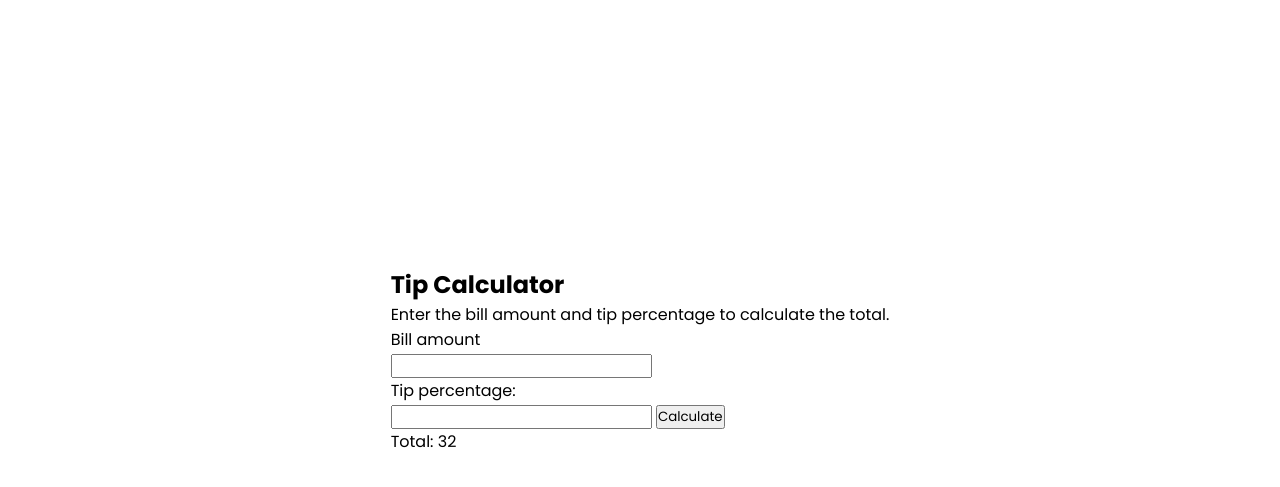
Repository: Ankitkr2021/Tip-Calculator
Page: index.html
The author's editor kept a copy of each file at every save. The page is drawn from the files as they stood at one save, then again after the next save.
The browser window is 1280 px wide. The pictures show the whole page.

Above is the page before, as saved 2025-10-27 10:49:28.

After the next save:
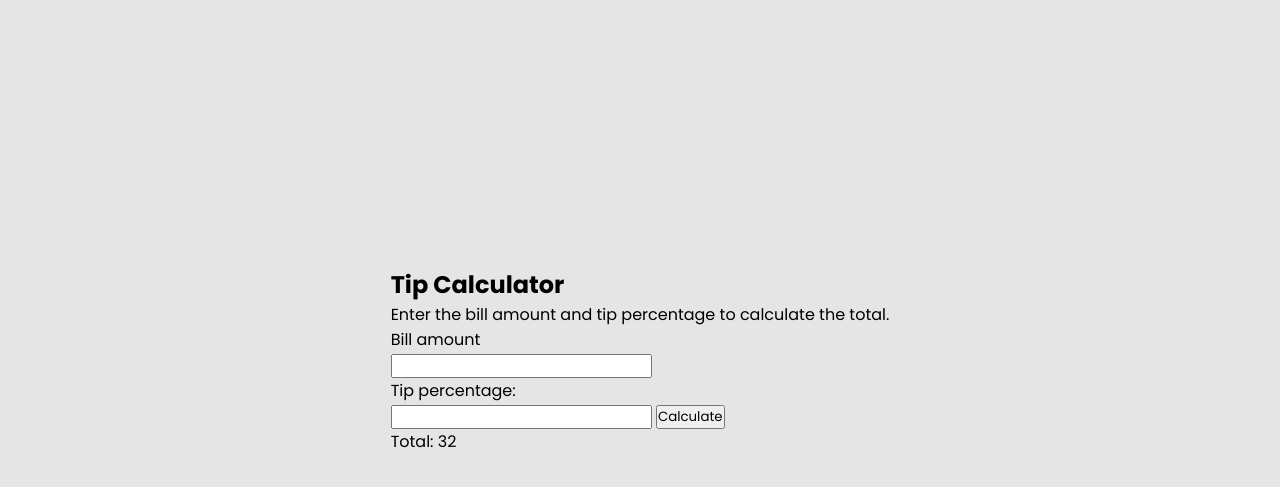
Saved 17 s later.
--- a/style.css
+++ b/style.css
@@ -13,6 +13,7 @@
     display: flex;
     align-items: center;
     justify-content: center;
+    background: rgba(0,0,0,0.1);
 }
 
 .box {
